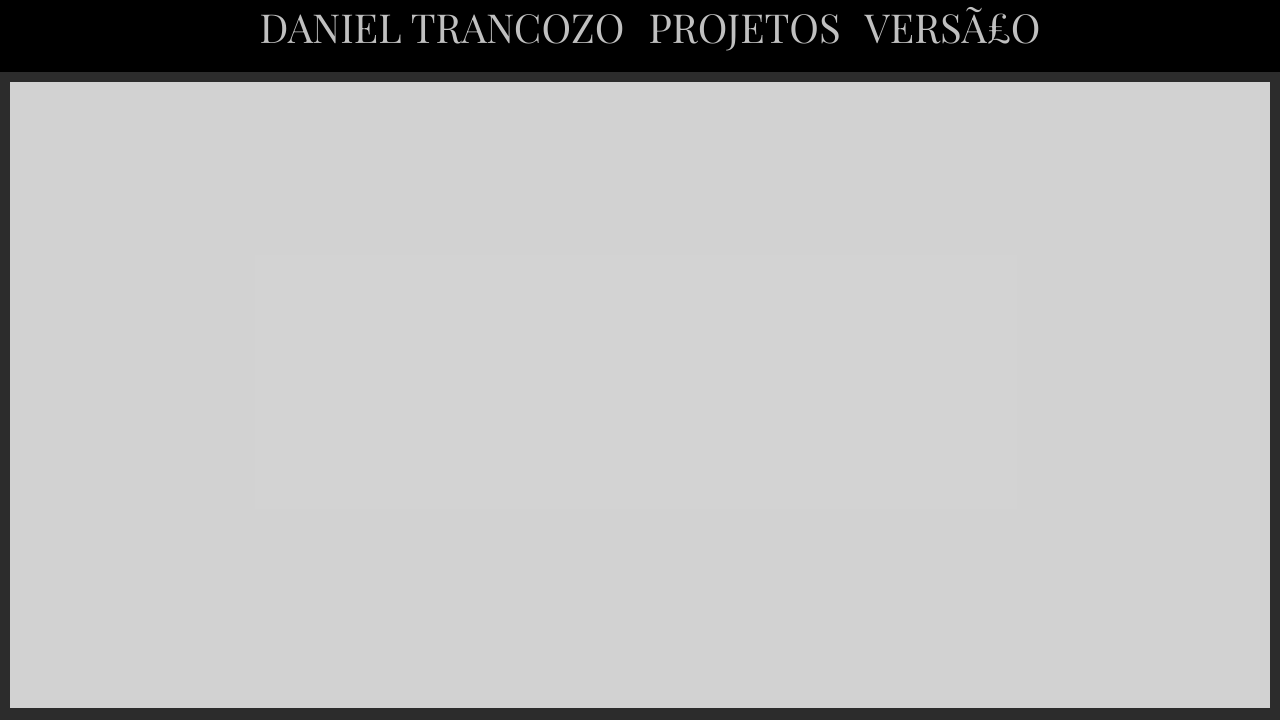
Repository: danieltrancozo/danieltrancozo.github.io
Page: index.html
An editor plug-in stored every save of this project. The page is shown before and after the next save, followed by the edit.
The browser window is 1280 px wide. The pictures show the whole page.

Above is the page before, as saved 2021-05-05 19:34:22.

### index.html
<!DOCTYPE html>
<meta charset="UFT-8">
<meta name="lenguage" content="pt-br">
<meta name="autor" content="Daniel Trancozo Vianna">
<meta name="description" content="Portifolio de Desenvolvedor Web">
<meta name="keywords" content="HTML, CSS, JS, web development, portifolio">
<html>

<head>
    <title>Minha P&aacutegina</title>
    <link rel="stylesheet" type="text/css" href="css/estilo3.css">
    <link rel="preconnect" href="https://fonts.gstatic.com">
    <link href="https://fonts.googleapis.com/css2?family=Playfair+Display&family=Roboto+Slab&display=swap" rel="stylesheet">
    <script>
    </script>
</head>
<body>
    <div class="container">
        <div class="cab">
            <nav class="menu">
                <ul>
                    <li><button>daniel trancozo</button></li>
                    <li><button>projetos</button></li>
                    <li><button>versão</button></li>
                </ul>
            </nav>
        </div>
        <div class="corp">
            <div class="cgrid">
                <main></main>
                <aside></aside>
            </div>
        </div>
    </div>
    <div class="t2"></div>
</body>
</html>

### css/estilo3.css
@import url('https://fonts.googleapis.com/css2?family=Playfair+Display&family=Roboto+Slab&display=swap');
* {
    margin: 0;
    padding: 0;
}
body{
    background-color: rgba(0, 0, 0, 0.863);
    color: antiquewhite;
    text-align: center;
}
.container{
    background-color: transparent;
    display: flex;
    flex-direction: column;
}
.cab{
    background-color: black;
    color: silver;
    font-family: 'Playfair Display', serif;
    height: 10%;
    width: 100%;
    position: absolute;
}
.manu ul{
    text-align: center;
    border-color: transparent;
    list-style: none;
}
.menu ul li{
    display: inline;
}
.menu ul li button{
    border: none;
    text-transform: uppercase;
    font-family: 'Playfair Display', serif;
    height: 100%;
    font-size: 30pt;
    margin-left: 20px;
    cursor: pointer;
    height: 50;
    background-color: transparent;
    color: silver;
}
.corp{
    background-color: rgb(44, 44, 44);
    font-family: 'Roboto Slab', serif;
    height: 90%;
    width: 100%;
    position: absolute;
    top: 10%;
}
.cgrid{
    display: grid;
    grid-template-columns: 4fr;
    grid-template-rows: 87vh;
    grid-gap: 10px;
    grid-template-areas: "main";
    margin: 10px;
}
main{
    background-color: rgba(233, 233, 233, 0.884);
    color: black;
    grid-area: main;
}
.t2{
    background-color: transparent;
    width: 100%;
    height: 100%;
    visibility: hidden;
}

After the next save:
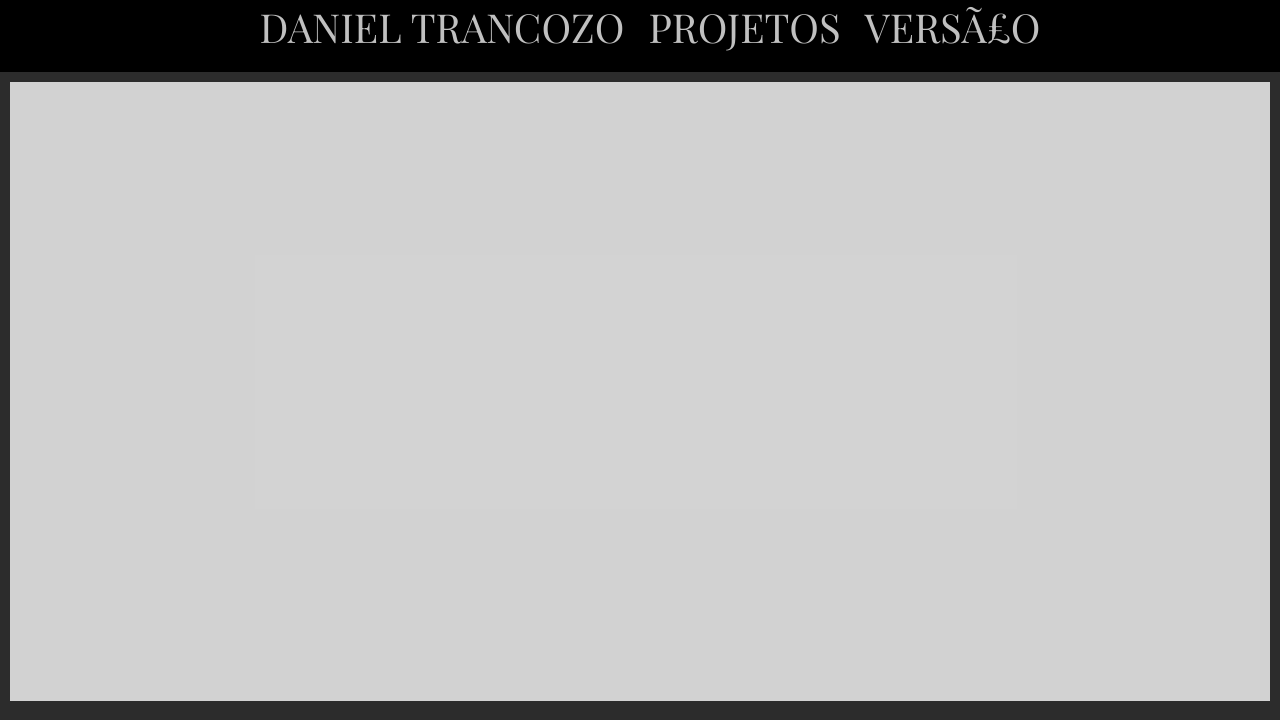
Saved 20 min 6 s later.
--- a/css/estilo3.css
+++ b/css/estilo3.css
@@ -52,7 +52,7 @@ body{
 .cgrid{
     display: grid;
     grid-template-columns: 4fr;
-    grid-template-rows: 87vh;
+    grid-template-rows: 86vh;
     grid-gap: 10px;
     grid-template-areas: "main";
     margin: 10px;
